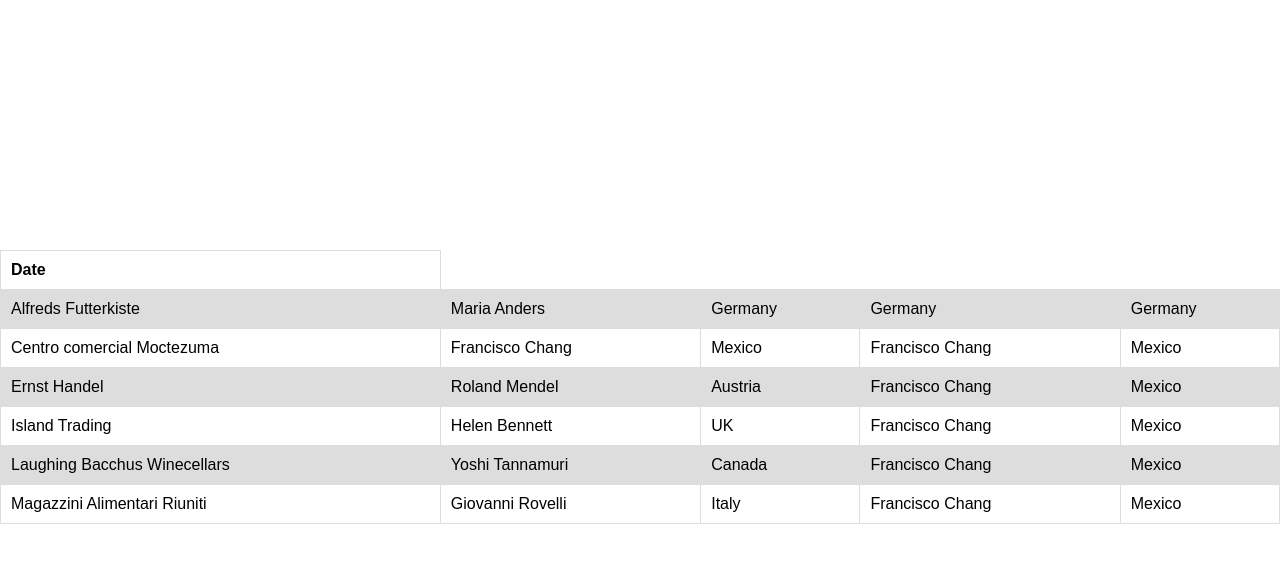
Repository: Seryozha02/ApiRequests
Page: index.html
The author's editor kept a copy of each file at every save. The page is drawn from the files as they stood at one save, then again after a run of saves.
The browser window is 1280 px wide. The pictures show the whole page.

Above is the page before, as saved 2022-09-22 21:23:32.

### index.html
<!DOCTYPE html>
<html lang="en">
<head>
    <meta charset="UTF-8">
    <meta http-equiv="X-UA-Compatible" content="IE=edge">
    <meta name="viewport" content="width=device-width, initial-scale=1.0">
    <title>Request's</title>
    <link rel="stylesheet" href="style.css">
</head>
<body>
    <table class="requests">
        <tr>
          <th>Date</th>
        </tr>
        <tr>
          <td>Alfreds Futterkiste</td>
          <td>Maria Anders</td>
          <td>Germany</td>
          <td>Germany</td>
          <td>Germany</td>
        </tr>
        <tr>
          <td>Centro comercial Moctezuma</td>
          <td>Francisco Chang</td>
          <td>Mexico</td>
          <td>Francisco Chang</td>
          <td>Mexico</td>
        </tr>
        <tr>
          <td>Ernst Handel</td>
          <td>Roland Mendel</td>
          <td>Austria</td>
          <td>Francisco Chang</td>
          <td>Mexico</td>
        </tr>
        <tr>
          <td>Island Trading</td>
          <td>Helen Bennett</td>
          <td>UK</td>
          <td>Francisco Chang</td>
          <td>Mexico</td>
        </tr>
        <tr>
          <td>Laughing Bacchus Winecellars</td>
          <td>Yoshi Tannamuri</td>
          <td>Canada</td>
          <td>Francisco Chang</td>
          <td>Mexico</td>
        </tr>
        <tr>
          <td>Magazzini Alimentari Riuniti</td>
          <td>Giovanni Rovelli</td>
          <td>Italy</td>
          <td>Francisco Chang</td>
          <td>Mexico</td>
        </tr>
      </table>
</body>
<script src="script.js"></script>
</html>

### style.css
* {
        margin: 0;
        padding: 0;
        box-sizing: border-box;
}

.requests {
    font-family: arial, sans-serif;
    border-collapse: collapse;
    width: 100%;
    margin-top: 250px;
  }

  td, th {
    border: 1px solid #dddddd;
    text-align: left;
    padding: 10px;

  }

  tr:nth-child(even) {
    background-color: #dddddd;
  }

Loaded but not shown: script.js (no copy from this time; the picture is the same without it)

After the next 2 saves:
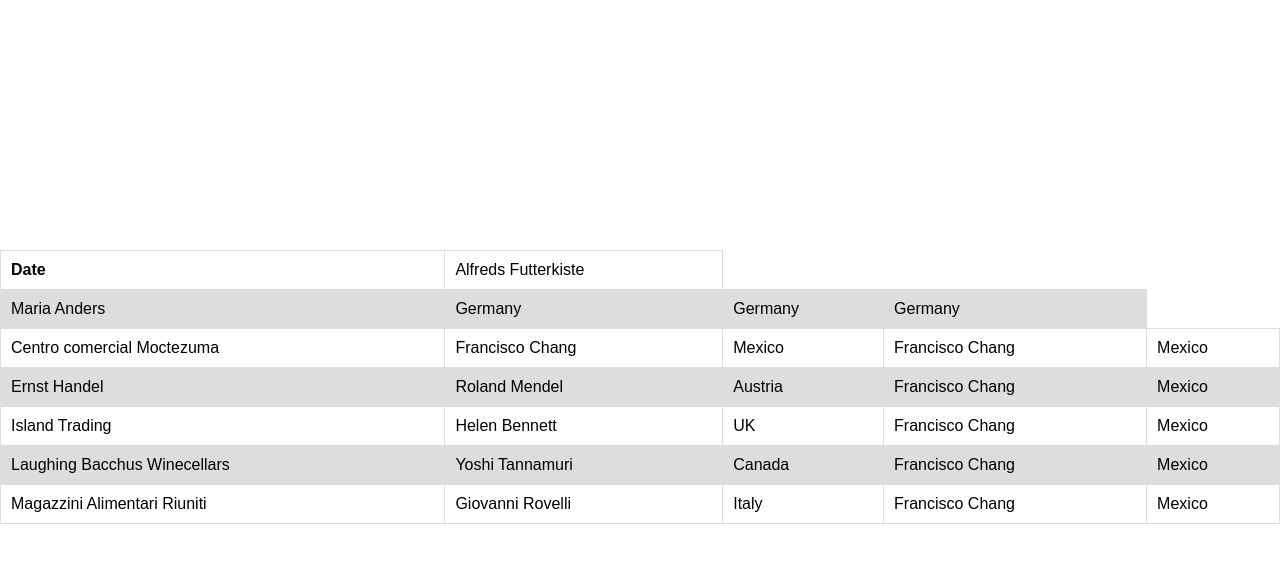
The 2 saves are shown as one change because they came seconds apart.
The last was saved 49 s later.
--- a/index.html
+++ b/index.html
@@ -11,9 +11,10 @@
     <table class="requests">
         <tr>
           <th>Date</th>
+          <td>Alfreds Futterkiste</td>
+
         </tr>
         <tr>
-          <td>Alfreds Futterkiste</td>
           <td>Maria Anders</td>
           <td>Germany</td>
           <td>Germany</td>
